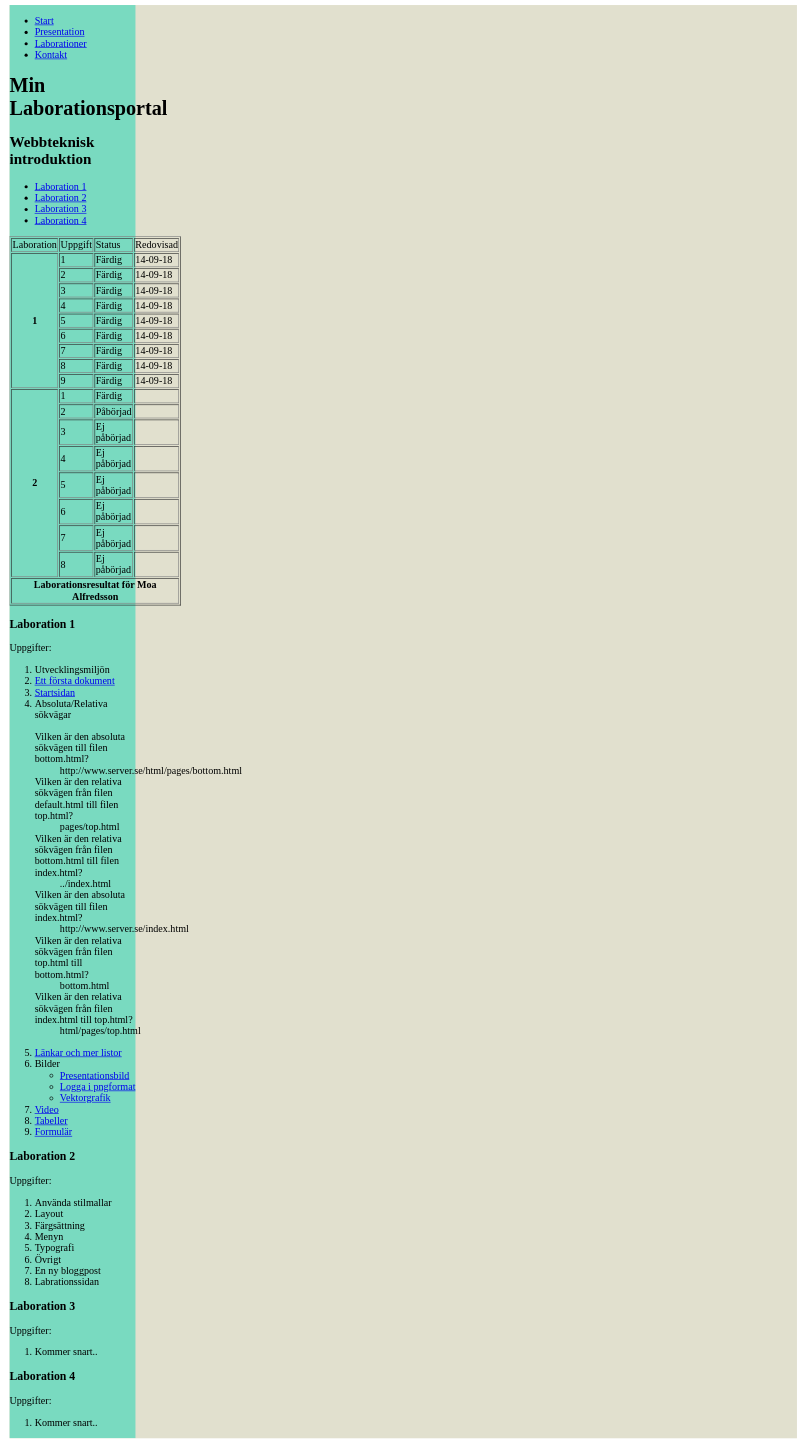
Repository: ma223md/1ik415
Page: Pages/laborationer.html
The author's editor kept a record of every edit. The page is drawn from the files as they stood at one moment, then again after the next edit.
The browser window is 1280 px wide. The pictures show the whole page, at 63% of full size.

Above is the page before.

### Pages/laborationer.html
<!DOCTYPE html>
<html>
    <head>
        <title>Laborationer</title>
        <meta charset="UTF-8">
        <!-- Gör så att svenska bokstäver visas korrekt -->
        <link rel="stylesheet" href="../css/style.css" />
    </head>
    <body>
        <div id="container">
            <div id="navigation">
            <ul>
                <li><a href="../Index.html">Start</a></li>
                <li><a href="../Pages/presentation.html">Presentation</a></li>
                <li><a href="../Pages/laborationer.html">Laborationer</a></li>
                <li><a href="../Pages/kontakt.html">Kontakt</a></li>
            </ul>

            <h1>Min Laborationsportal</h1>
            <h2>Webbteknisk introduktion</h2>

            <ul>
                <li><a href="#lab1">Laboration 1</a></li>
                <li><a href="#lab2">Laboration 2</a></li>
                <li><a href="#lab3">Laboration 3</a></li>
                <li><a href="#lab4">Laboration 4</a></li>
            </ul>

            <table border="1" style="width:20%">
                <tr>
                    <td>Laboration</td>
                    <td>Uppgift</td>
                    <td>Status</td>
                    <td>Redovisad</td>
                </tr>
                <tr>
                    <th rowspan="9">1</th>
                    <td>1</td>
                    <td>Färdig</td>
                    <td>14-09-18</td>
                </tr>
                <tr>
                    <td>2</td>
                    <td>Färdig</td>
                    <td>14-09-18</td>
                </tr>
                <tr>
                    <td>3</td>
                    <td>Färdig</td>
                    <td>14-09-18</td>
                </tr>
                <tr>
                    <td>4</td>
                    <td>Färdig</td>
                    <td>14-09-18</td>
                </tr>
                <tr>
                    <td>5</td>
                    <td>Färdig</td>
                    <td>14-09-18</td>
                </tr>
                <tr>
                    <td>6</td>
                    <td>Färdig</td>
                    <td>14-09-18</td>
                </tr>
                <tr>
                    <td>7</td>
                    <td>Färdig</td>
                    <td>14-09-18</td>
                </tr>
                <tr>
                    <td>8</td>
                    <td>Färdig</td>
                    <td>14-09-18</td>
                </tr>
                <tr>
                    <td>9</td>
                    <td>Färdig</td>
                    <td>14-09-18</td>
                </tr>
                <tr>
                    <th rowspan="8">2</th>
                    <td>1</td>
                    <td>Färdig</td>
                    <td></td>
                </tr>
                <tr>
                    <td>2</td>
                    <td>Påbörjad</td>
                    <td></td>
                </tr>
                <tr>
                    <td>3</td>
                    <td>Ej påbörjad</td>
                    <td></td>
                </tr>
                <tr>
                    <td>4</td>
                    <td>Ej påbörjad</td>
                    <td></td>
                </tr>
                <tr>
                    <td>5</td>
                    <td>Ej påbörjad</td>
                    <td></td>
                </tr>
                <tr>
                    <td>6</td>
                    <td>Ej påbörjad</td>
                    <td></td>
                </tr>
                <tr>
                    <td>7</td>
                    <td>Ej påbörjad</td>
                    <td></td>
                </tr>
                <tr>
                    <td>8</td>
                    <td>Ej påbörjad</td>
                    <td></td>
                </tr>
                <tr>
                    <th colspan="4">Laborationsresultat för Moa Alfredsson</th>
                </tr>
            </table>

            <h3><a id="lab1">Laboration 1</a></h3>
            <p>Uppgifter:</p>
            <ol>
                <li>Utvecklingsmiljön</li>
                <li><a href="../Index.html">Ett första dokument</a></li>
                <li><a href="../Index.html">Startsidan</a></li>
                <li>Absoluta/Relativa sökvägar
                    <dl>
                        <dt>Vilken är den absoluta sökvägen till filen bottom.html?</dt>
                        <dd>http://www.server.se/html/pages/bottom.html</dd>
                        <dt>Vilken är den relativa sökvägen från filen default.html till filen top.html?</dt>
                        <dd>pages/top.html</dd>
                        <dt>Vilken är den relativa sökvägen från filen bottom.html till filen index.html?</dt>
                        <dd>../index.html</dd>
                        <dt>Vilken är den absoluta sökvägen till filen index.html?</dt>
                        <dd>http://www.server.se/index.html  </dd>
                        <dt>Vilken är den relativa sökvägen från filen top.html till bottom.html?</dt>
                        <dd>bottom.html</dd>
                        <dt>Vilken är den relativa sökvägen från filen index.html till top.html?</dt>
                        <dd>html/pages/top.html</dd>
                    </dl>
                </li>

                <li><a href="laborationer.html">Länkar och mer listor</a></li>
                <li>Bilder
                    <ul>
                        <li><a href="../Pages/presentation.html#presentationsbild">Presentationsbild</a></li>
                        <li><a href="../Pictures/logga2.png">Logga i pngformat</a></li>
                        <li><a href="../Index.html#vektorgrafik">Vektorgrafik</a></li>
                    </ul>
                </li>
                <li><a href="../Index.html">Video</a></li>
                <li><a href="laborationer.html">Tabeller</a></li>
                <li><a href="kontakt.html">Formulär</a></li>
            </ol>

            <h3><a id="lab2">Laboration 2</a></h3>
            <p>Uppgifter:</p>
            <ol>
                <li>Använda stilmallar</li>
                <li>Layout</li>
                <li>Färgsättning</li>
                <li>Menyn</li>
                <li>Typografi</li>
                <li>Övrigt</li>
                <li>En ny bloggpost</li>
                <li>Labrationssidan</li>
            </ol>

            <h3><a id="lab3">Laboration 3</a></h3>
            <p>Uppgifter:</p>
            <ol>
                <li>Kommer snart..</li>
            </ol>

            <h3><a id="lab4">Laboration 4</a></h3>
            <p>Uppgifter:</p>
            <ol>
                <li>Kommer snart..</li>
            </ol>
        </div>

    </body>
</html>

### css/style.css
/* Layout */

/*  Colors
    Main: #e1e0ce
    Navigation: #79dac0
    Content: #e5c584
*/

#container
    {
        background: #e1e0ce;
        width: 1250px;
        overflow: auto;
        margin: 0 auto;
    }

#header
{
    height:250px;
    width: 1200px;
}

#navigation
    {
        float: left;
        background: #79dac0;
        width: 200px;
    }

#content
    {
        width: 1000px;
        background: #e5c584;
        float: left;
    }

#footer
    {
        clear: both;
        background: #79dac0;
        height: 66px;
        width: 1200px;
    }

After the next edit:
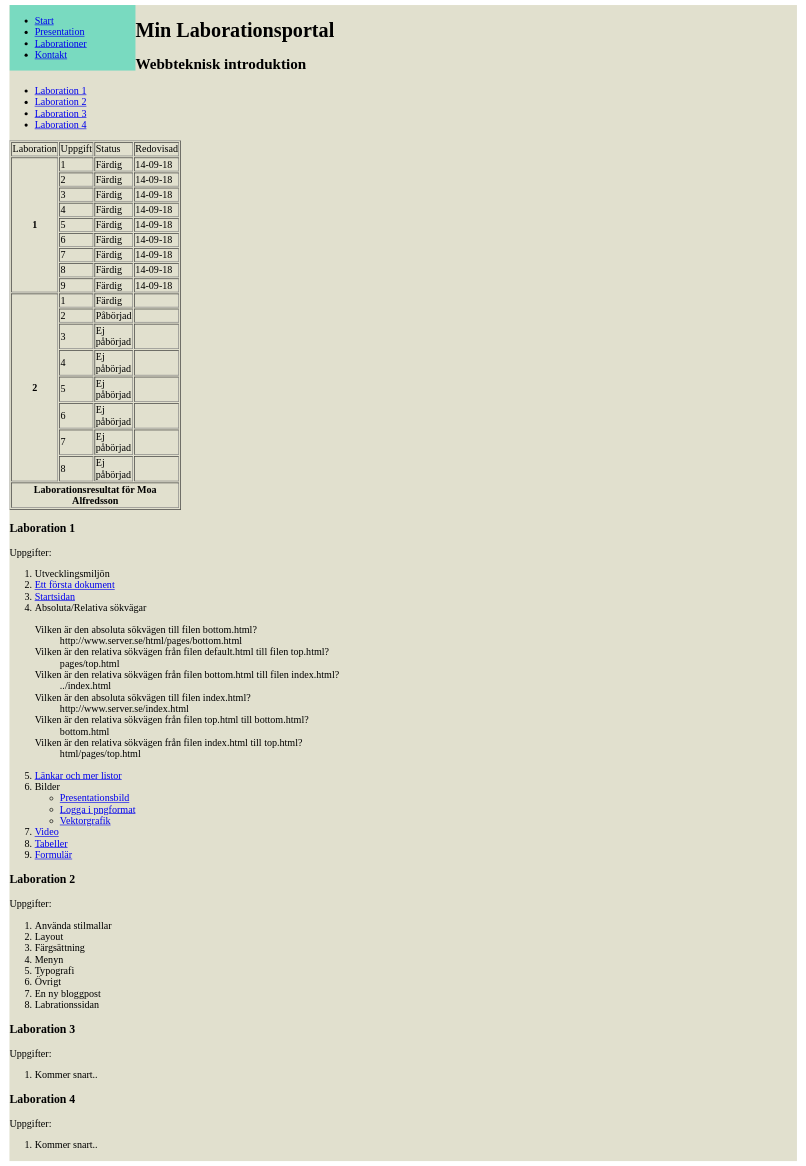
The edit:
--- a/Pages/laborationer.html
+++ b/Pages/laborationer.html
@@ -9,12 +9,13 @@
     <body>
         <div id="container">
             <div id="navigation">
-            <ul>
-                <li><a href="../Index.html">Start</a></li>
-                <li><a href="../Pages/presentation.html">Presentation</a></li>
-                <li><a href="../Pages/laborationer.html">Laborationer</a></li>
-                <li><a href="../Pages/kontakt.html">Kontakt</a></li>
-            </ul>
+                <ul>
+                    <li><a href="../Index.html">Start</a></li>
+                    <li><a href="../Pages/presentation.html">Presentation</a></li>
+                    <li><a href="../Pages/laborationer.html">Laborationer</a></li>
+                    <li><a href="../Pages/kontakt.html">Kontakt</a></li>
+                </ul>
+            </div>
 
             <h1>Min Laborationsportal</h1>
             <h2>Webbteknisk introduktion</h2>
